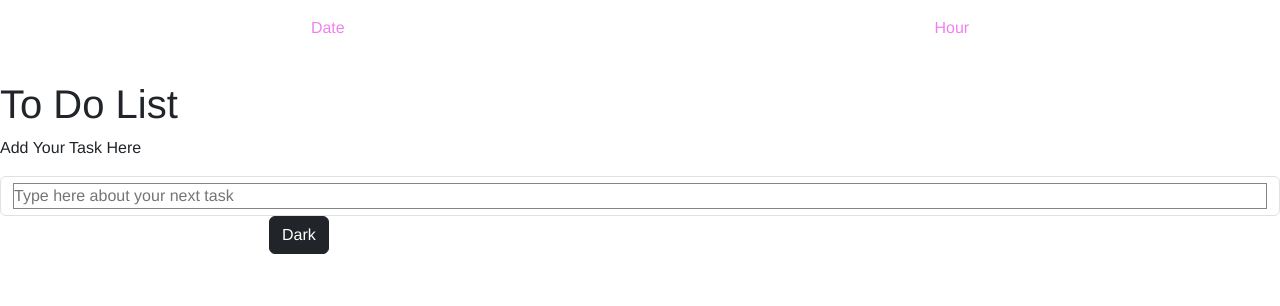
Repository: Passionblaz/TODO
Page: TODO/Untitled-1.html
The author's editor kept a copy of each file at every save. The page is drawn from the files as they stood at one save, then again after a run of saves.
The browser window is 1280 px wide. The pictures show the whole page.

Above is the page before, as saved 2023-07-14 11:47:19.

### TODO/Untitled-1.html
<!DOCTYPE html>
<html lang="en">
<head>
  <meta charset="UTF-8">
  <meta name="viewport" content="width=device-width, initial-scale=1.0">
  <title>Document</title>
  <link href="https://cdn.jsdelivr.net/npm/bootstrap@5.3.0/dist/css/bootstrap.min.css" rel="stylesheet" integrity="sha384-9ndCyUaIbzAi2FUVXJi0CjmCapSmO7SnpJef0486qhLnuZ2cdeRhO02iuK6FUUVM" crossorigin="anonymous">
  <!-- Bootstrap Bundle JS (jsDelivr CDN) -->
  <script defer src="https://cdn.jsdelivr.net/npm/bootstrap@5.3.0/dist/js/bootstrap.bundle.min.js" integrity="sha384-geWF76RCwLtnZ8qwWowPQNguL3RmwHVBC9FhGdlKrxdiJJigb/j/68SIy3Te4Bkz" crossorigin="anonymous"></script>
  <link rel="stylesheet" href="todostyles.css">
</head>
<body>
<div class="todo-container">
  <div class="date-hour">
    <p class="date">Date</p>
    <p class="hour">Hour</p>
  </div>
<header>
  <h1>To Do List</h1>
</header>

<form action="" id="todo-form">
  <p>Add Your Task Here</p>
<div class="form-control">
<input type="text" id="todo-input" placeholder="Type here about your next task">

</div>

</form>



</div>



  <div class="button">
     <button type="button" class="btn btn-dark">Dark</button>
    </div>


    </body>
</html>

### TODO/todostyles.css
*{
  padding: 0;
  margin: 0;
  box-sizing: border-box;
}
body{
  font-family: 'Franklin Gothic Medium', 'Arial Narrow', Arial, sans-serif;
  background: rgb(red, green, blue);

}
.form-control {
  display: flex;
}
.form-control input {
  flex: 1;
  outline: 0;
box-shadow: none;
border: 1px solid #858585;
}
.form-control button:hover {
  background-color: green;
}
.date-hour {
  display: flex;
  justify-content: space-around;
  align-items:center;
  padding: 1rem 1rem 1.5rem 1rem;
  font-size: 16px;
  color: violet;
}
button {
  background-color: darkorange;
  color: blue;
  border: 2px solid red;
  padding: 0.2rem 0.4rem;
  font-size: .8rem;
  cursor: pointer;
  justify-content: center;
  align-items: center;
  transition: .4s;
  border: 1px solid orange;
}
button:hover {
  background-color: orangered;
  color: white;
}
button > i {
  font-weight: bold;
  pointer-events: none;
}
input {

}




.button {
  padding-left: 269px;

}

After the next 2 saves:
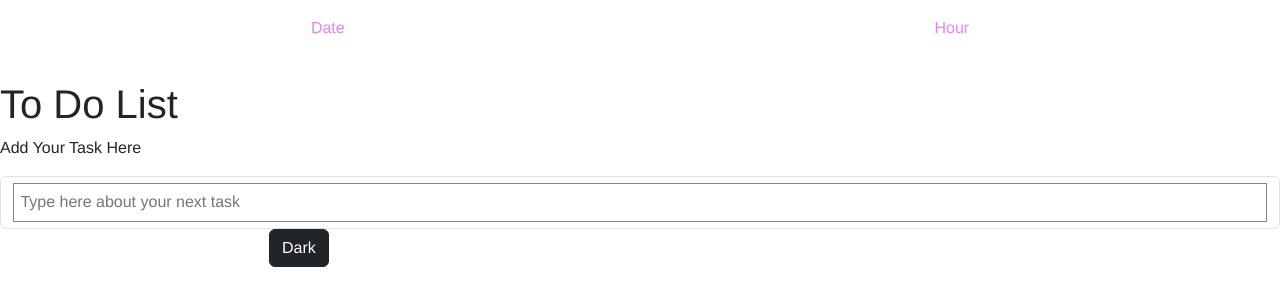
The 2 saves are shown as one change because they came seconds apart.
The last was saved 7 s later.
--- a/TODO/todostyles.css
+++ b/TODO/todostyles.css
@@ -49,7 +49,7 @@ button > i {
   pointer-events: none;
 }
 input {
-
+  padding: .4rem;
 }
 
 
